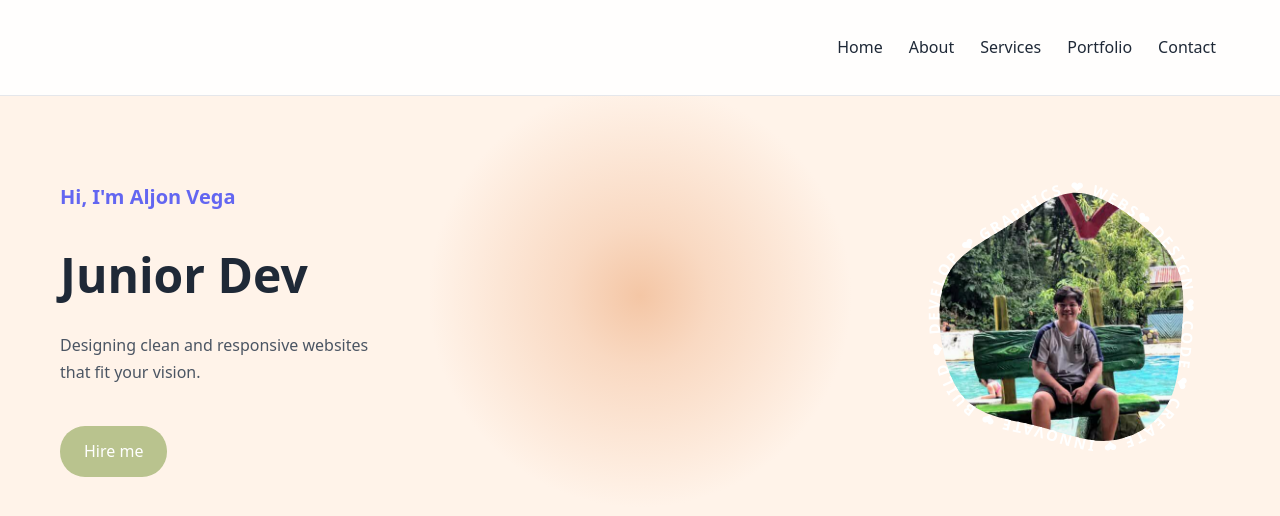
Repository: aljonvega18/Portfolio
Page: index.html
An editor plug-in stored every save of this project. The page is shown before and after the next save, followed by the edit.
The browser window is 1280 px wide. The pictures show the whole page.

Above is the page before, as saved 2026-02-02 17:02:54.

After the next save:
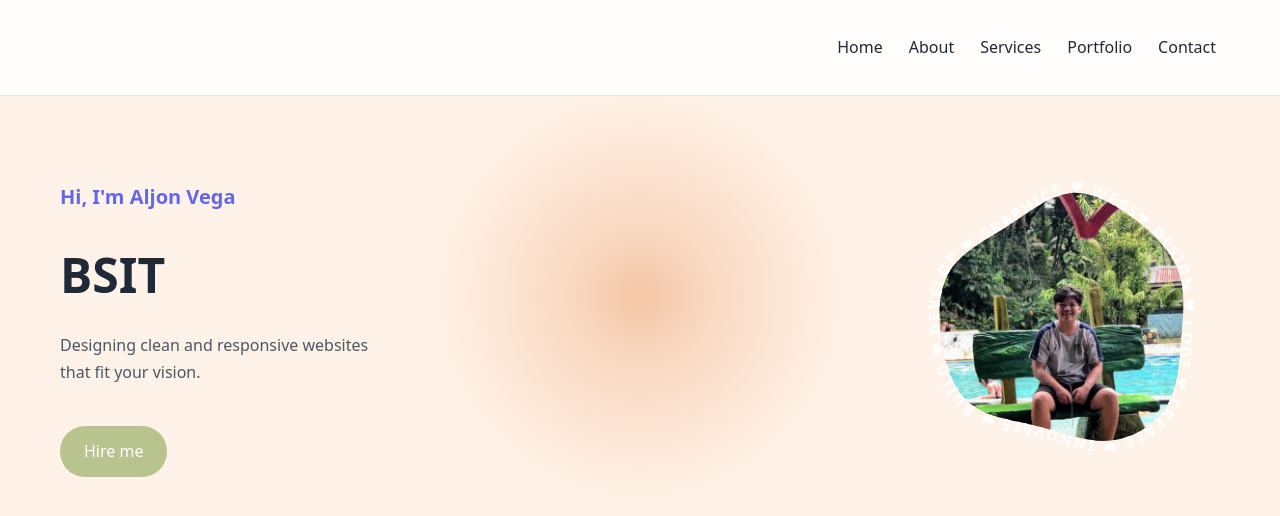
Saved 78 s later.
--- a/index.html
+++ b/index.html
@@ -27,7 +27,7 @@
     <div class="hero-container">
         <div class="hero-content">
             <h3>Hi, I'm Aljon Vega</h3>
-            <h1>Junior Dev</h1>
+            <h1>BSIT</h1>
             <p>Designing clean and responsive websites<br>that fit your vision.</p>
             <a href="contact.html" class="btn">Hire me</a>
             <div class="social-links">
